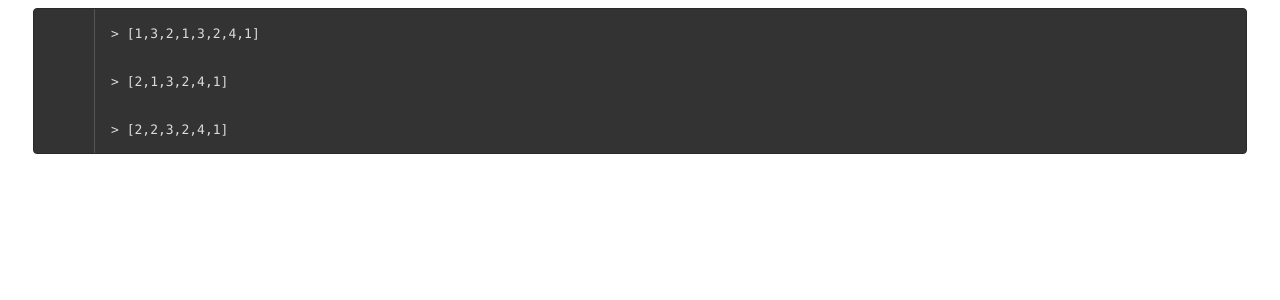
Repository: betaWeb/twicejs
Page: index.html
The author's editor kept a copy of each file at every save. The page is drawn from the files as they stood at one save, then again after the next save.
The browser window is 1280 px wide. The pictures show the whole page.

Above is the page before, as saved 2019-12-12 14:23:13.

### index.html
<!DOCTYPE html>
<html lang="en">

<head>
    <meta charset="UTF-8">
    <meta name="viewport" content="width=device-width, initial-scale=1.0">
    <meta http-equiv="X-UA-Compatible" content="ie=edge">
    <title>TwiceJS</title>
    <style>
        pre {
            background: #333;
            white-space: pre;
            word-wrap: break-word;
            overflow: auto;
        }

        pre.code {
            margin: 0 25px;
            border-radius: 4px;
            border: 1px solid #292929;
            position: relative;
        }

        pre.code code {
            font-family: "Inconsolata", "Monaco", "Consolas", "Andale Mono", "Bitstream Vera Sans Mono", "Courier New", Courier, monospace;
            display: block;
            margin: 0 0 0 60px;
            padding: 15px 16px 14px;
            border-left: 1px solid #555;
            overflow-x: auto;
            font-size: 13px;
            line-height: 19px;
            color: #ddd;
        }
    </style>
</head>
<div id="app">
    <pre class="code"></pre>
</div>

<body>
    <script type="text/javascript" src="/TwiceJS.js" defer></script>
    <script type="text/javascript" defer>
        document.addEventListener('DOMContentLoaded', () => {
            const $pre = document.querySelector('#app .code')
            const print = str => {
                const $code = document.createElement('code')
                $code.innerHTML = '> [' + str + ']'
                $pre.appendChild($code)
            }
            let set = new window.TwiceJS
            set.append([1, 1, 1, 2, 3, 3, 4])
            print(set.withCount)
            set.remove(1)
            print(set.withCount)
            set.append(2)
            print(set.withCount)
        })
    </script>
</body>

</html>

### TwiceJS.js
/**
 * @property {Object} options
 * @property {Map} dataset
 */
class TwiceJS {

    /**
     * @returns {Array}
     */
    get entries() {
        return Array.from(this.keys.map(this._decodeKey.bind(this)))
    }

    /**
     * @returns {Object[] | Array[]}
     */
    get withCount() {
        return this.keys.reduce((acc, key) => {
            const count = this._dataset.get(key)
            const item = this._decodeKey(key)

            if (item.constructor !== Object)
                return [...acc, [item, count]]

            return [
                ...acc,
                {
                    ...item,
                    ...{ [this.options.count_key]: count }
                }
            ]
        }, [])
    }

    /**
     * @returns {Array}
     */
    get keys() {
        return [...this._dataset.keys()]
    }

    /**
     * @returns {Boolean}
     */
    get isEmpty() {
        return this.keys.length === 0
    }

    /**
     * @returns {Map}
     */
    get rawMap() {
        return this._dataset
    }

    /**
     * @returns {Object}
     */
    static get DEFAULT_OPTIONS() {
        return {
            count_key: '_count'
        }
    }

    /**
     * @param {Object} options
     */
    constructor(options = {}) {
        this.options = { ...TwiceJS.DEFAULT_OPTIONS, ...options }
        this.clear()
    }

    /**
     * @returns {TwiceJS}
     */
    clear() {
        this._dataset = new Map()
        return this
    }

    /**
     * @param {Array|*} data
     * @returns {TwiceJS}
     */
    append(data) {
        return this._process(data, item => {
            const key = this._keyify(item)
            let count = this._dataset.get(key) || 0

            this._dataset.set(key, count += 1)
        })
    }

    /**
     * @param {Array|*} oldKey
     * @param {Array|*} newKey
     * @returns {TwiceJS}
     */
    replace(oldKey, newKey) {
        oldKey = this._keyify(oldKey)
        newKey = this._keyify(newKey)

        if (!this._dataset.has(oldKey))
            throw new Error(`[Err] TwiceJS.set :: key '${oldKey}' doesn't exists on dataset`)

        const oldCount = this._dataset.get(oldKey)

        this
            .remove(oldKey)
            .append(newKey)

        this._dataset.set(newKey, oldCount)

        return this
    }

    /**
     * @param {Array|*} data
     * @returns {TwiceJS}
     */
    remove(data) {
        return this._process(data, item => {
            const key = this._keyify(item)

            if (this._dataset.has(key))
                this._dataset.delete(key)
        })
    }

    /**
     * @param {*} item
     * @returns {Number}
     */
    count(item) {
        const key = this._keyify(item)
        return this._dataset.get(key) || 0
    }

    /**
     * @param {Array} data
     * @param {Function} process
     * @returns {TwiceJS}
     */
    _process(data, process) {
        if (!Array.isArray(data))
            data = [data]

        data = this._normalize(data)
        data.forEach(process.bind(this))
        return this
    }

    /**
     * @param {*} item
     * @returns {String}
     */
    _keyify(item) {
        if (!Array.isArray(item) && item.constructor !== Object)
            return item.toString()

        try {
            return JSON.stringify(item)
        } catch (e) {
            throw new Error(`[Err] TwiceJS._keyify :: error on keyify item ${item}\n${e}`)
        }
    }

    /**
     * @param {String} key
     * @returns {*}
     */
    _decodeKey(key) {
        try {
            return JSON.parse(key)
        } catch (err) {
            return key;
        }
    }

    /**
     * @param {Array|Object|*} data
     * @returns {Array|Object|*}
     */
    _normalize(data) {
        try {
            return JSON.parse(JSON.stringify(data))
        } catch (e) {
            return data
        }
    }

}

if (!('TwiceJS' in window))
    window.TwiceJS = TwiceJS

After the next save:
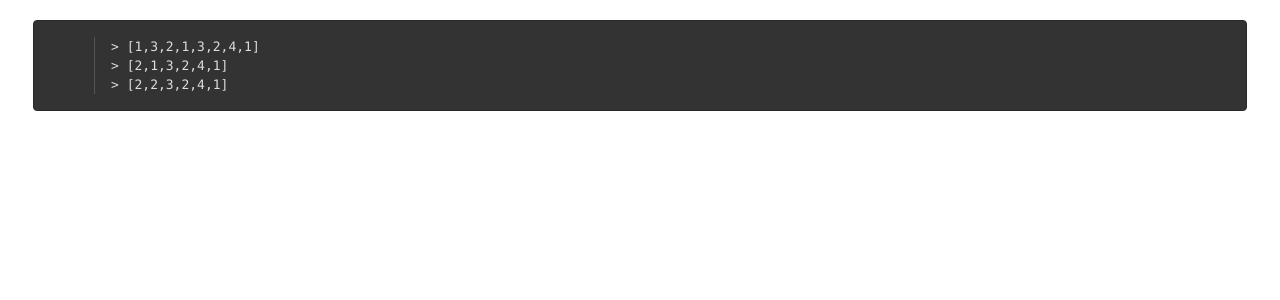
Saved 64 s later.
--- a/index.html
+++ b/index.html
@@ -15,7 +15,8 @@
         }
 
         pre.code {
-            margin: 0 25px;
+            margin: 20px 25px;
+            padding: 1rem 0;
             border-radius: 4px;
             border: 1px solid #292929;
             position: relative;
@@ -25,7 +26,7 @@
             font-family: "Inconsolata", "Monaco", "Consolas", "Andale Mono", "Bitstream Vera Sans Mono", "Courier New", Courier, monospace;
             display: block;
             margin: 0 0 0 60px;
-            padding: 15px 16px 14px;
+            padding: 0 16px 0;
             border-left: 1px solid #555;
             overflow-x: auto;
             font-size: 13px;
